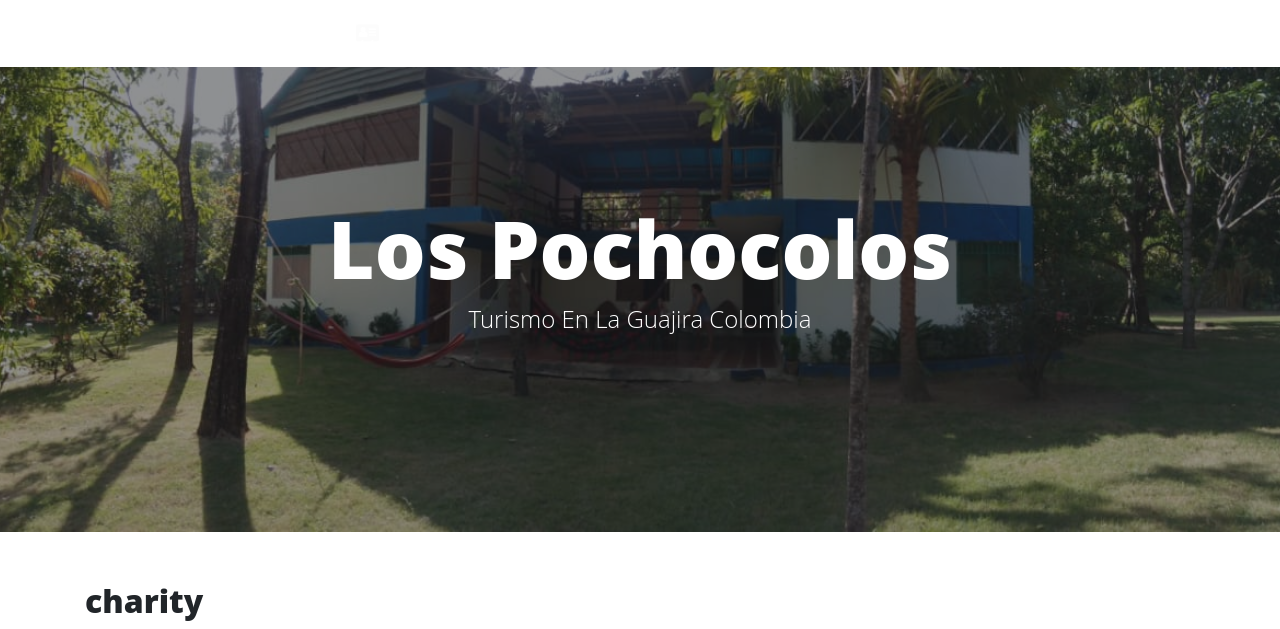
Repository: cachimiro/los-pochoclos
Page: http://localhost/charity
The author's editor kept a record of every edit. The page is drawn from the files as they stood at one moment, then again after the next edit.
The browser window is 1280 px wide. The pictures show the part of the page from y = 0 to 629 px (the page is 1810 px tall before and 802 px after).
Pictures or frames that could not be fetched are drawn as grey boxes. Some web libraries are served in a nearby version. The page is served by the project's application, run on Flask 3 (run.py). Other server files are loaded and not shown. Queries for data that is not in the repository find no rows.

Above is the page before.
Console error: ReferenceError: emailjs is not defined

### templates/charity.html
{% extends 'base.html' %}

  {% block content %}

<!---- style for image slide show------><style>.mySlides {
  display: none;
}

img {
  vertical-align: middle;
}

/* Slideshow container */

.slideshow-container {
  max-width: 1000px;
  position: relative;
  margin: auto;
}


/* Fading animation */

.fade {
  -webkit-animation-name: fade;
  -webkit-animation-duration: 3s;
  animation-name: fade;
  animation-duration: 3s;
  width: 80%;


}

@-webkit-keyframes fade {
  from {
    opacity: .4
  }
  to {
    opacity: 1
  }
}

@keyframes fade {
  from {
    opacity: .4
  }
  to {
    opacity: 1
  }
}

/* On smaller screens, decrease text size */

@media only screen and (max-width: 300px) {
  .text {
    font-size: 11px
  }
}

.header-what-we-do {
  margin-top: 100px;

}

/*---------- style for buttons at the end of the section*/

.col-lg-6,
.col-md-6,
.col-sm-6 button {
  text-align: center;
  padding: 10px;
}

button {
  margin: 20px;
  border-radius: 10px;
  text-decoration: none;
  background-color: #1a88a6;
  border: none;
  box-shadow: 4px 4px #c8c4c4;
}




</style>
<div id="hide charity" style="display: block;">
<h2> {{ page_title }} </h2>
<header class="masthead" style="background-image: url('https://scontent-lht6-1.xx.fbcdn.net/v/t1.0-9/198979_183783401664354_8256655_n.jpg?_nc_cat=107&_nc_ohc=fo7OV44w-2MAQn056HLddJiNwwdMlJGb7H2xHXyMq6WGMhgtGDJShV99A&_nc_ht=scontent-lht6-1.xx&oh=b607f42559864e66febb7cb282797aff&oe=5E6CB1C7')">
  <div class="overlay">
    </div>
  <div class="container">
    <div class="row"
    ><div class="col-lg-8 col-md-10 mx-auto">
      <div class="post-heading">
      {% for char in chars %}

<h1 style=" text-align:  center; margin:10px">
{{ char.title }}
</h1>
<h2 class="subheading" style=" text-align:  center">
   {{ char.title2 }}
</h2>
{% endfor %}
</div>
</div>
</div>
</div>
</header>
<section>
   {% for data_cha in chas %}
<div class="container">
  <div class="row">
<div class="col-lg-5 col-md-5 ">
  <h3 class="header-what-we-do">
  {{ data_cha.title }}
</h3>
<p>
{{ data_cha.subject }}

</p>
{% endfor %}
</div>
<div class="col-lg-7 col-md-7  " id="slide-show-photos">
  <div class="slideshow-container">
    <div class="mySlides fade">
      <img src="../static/img/tanya.jpg" style="width:100%">
      </div>
      <div class="mySlides fade">
        <img src="../static/img/tanya johann me.jpg" style="width:100%">
        </div>
        <div class="mySlides fade">
          <img src="https://scontent-lht6-1.xx.fbcdn.net/v/t1.0-9/25386_102864843089544_4935509_n.jpg?_nc_cat=103&_nc_ohc=gEBut99aF3IAQkGh2dldj7rDEqOye1kls_eliVdeWwcZ1DdaCadag5gFQ&_nc_ht=scontent-lht6-1.xx&oh=cae8cc26c64154a938cf9d5bbbaead0b&oe=5E72ED2F" style="width:100%">
          </div>
          <div class="mySlides fade">
            <img src="https://scontent-lht6-1.xx.fbcdn.net/v/t1.0-9/180900_177976592245035_1671228_n.jpg?_nc_cat=109&_nc_ohc=qDvnJq8rDvAAQloh-x4Y1ss8SHi2GQDt0S3Kc7WZ157JWn1C8r6mT0zFA&_nc_ht=scontent-lht6-1.xx&oh=0b086a2d586bd58b9278851fe02b9c69&oe=5E89726A" style="width:100%">
            </div>
            <div class="mySlides fade">
              <img src="https://scontent-lht6-1.xx.fbcdn.net/v/t1.0-9/39856_129568613752500_1749319_n.jpg?_nc_cat=107&_nc_ohc=VbtnikZ4UBIAQm_39U4ICHl5PVwWSM9EfFt46WSFkuyafOAVk16vLfBNQ&_nc_ht=scontent-lht6-1.xx&oh=3916972b16bf0ef1aaa6dbd30f918e8c&oe=5E857C1F" style="width:100%">
              </div>
              <div class="mySlides fade">
                <img src="https://scontent-lht6-1.xx.fbcdn.net/v/t1.0-9/23616_102168856492476_1335747_n.jpg?_nc_cat=100&_nc_ohc=_Y0Ii_6dvjcAQld-oXSXNZD6aHam7c5aFn1_Psz9tGSr24VNRF43ApxNg&_nc_ht=scontent-lht6-1.xx&oh=45c7b910adaab8b106013aae4438ef9c&oe=5E7C4A69" style="width:100%">
                </div>
                <div class="mySlides fade">
                  <img src="https://scontent-lht6-1.xx.fbcdn.net/v/t1.0-9/23616_102168843159144_7658005_n.jpg?_nc_cat=105&_nc_ohc=C1_1UhY55poAQmDDsgh1mSU5BhCB98OIYsiea9VLHcAAWtw3R7zCmK9Qw&_nc_ht=scontent-lht6-1.xx&oh=c30c6dd46ef4eb20c48488902b23b23b&oe=5E679151" style="width:100%">
                  </div>
                  <div class="mySlides fade">
                    <img src="https://scontent-lht6-1.xx.fbcdn.net/v/t1.0-9/23616_102168839825811_4312866_n.jpg?_nc_cat=103&_nc_ohc=7XZMiaFhE68AQlGjjlRyDXl-6vRoc4kv43HAD3T51gYsdx9m0FwPdykvA&_nc_ht=scontent-lht6-1.xx&oh=14b57c4db923190f0b434e5ee2c40ac8&oe=5E84D878" style="width:100%">
                    </div>
                    <div class="mySlides fade">
                      <img src="https://scontent-lht6-1.xx.fbcdn.net/v/t1.0-9/23616_102168826492479_7425229_n.jpg?_nc_cat=102&_nc_ohc=P069FW_Xm0MAQmMMkUpeGYPFX3nCmj2GIx885TjCuPyCAKm8NxeiozWWA&_nc_ht=scontent-lht6-1.xx&oh=7587277eeb2a455100c6cf21e5ccabec&oe=5E7725B3" style="width:100%">
                      </div>
                      <div class="mySlides fade">
                        <img src="https://scontent-lht6-1.xx.fbcdn.net/v/t1.0-9/23616_102168796492482_5337829_n.jpg?_nc_cat=111&_nc_ohc=h9tve8Wh-joAQlkQ4HomnAXcCsh_u3Y_tedr8m8sGSzLUf8caP8--Y27g&_nc_ht=scontent-lht6-1.xx&oh=75648782b4571c95bec1810f26d56d2e&oe=5E6C4F18" style="width:100%">
                        </div>
                        </div>
                        </div>

                        </div>
</div>
<div class="container">
<div class="row">
<div class="col-lg-6 col-md-6 col-sm-6">
<button>Chat With The Team<i class="fa fa-users">
</i>
</button>
</div>
<div class="col-lg-6 col-md-6 col-sm-6">
<button>See Live Updates<i class="fa fa-users"></i></button>
</div>
</div>
</div>
</div>
</section>

<script>
var slideIndex=0;
showSlides();

function showSlides() {
  var i;
  var slides=document.getElementsByClassName("mySlides");
  var stopSlideShow=document.getElementsByClassName('stop-Slide-Show');
  for (i=0;
  i < slides.length;
  i++) {
    slides[i].style.display="none";
  }
  slideIndex++;
  if (slideIndex > slides.length) {
    slideIndex=1
  }

  slides[slideIndex-1].style.display="block";
  setTimeout(showSlides, 3000); // Change image every 2 seconds
}




</script>
{% endblock %}

### templates/base.html
<!DOCTYPE html>
<html lang="en">
<head>
    <meta charset="UTF-8">
    <meta name="viewport" content="width=device-width, initial-scale=1.0">
    <meta http-equiv="X-UA-Compatible" content="ie=edge">
    <link href="https://stackpath.bootstrapcdn.com/font-awesome/4.7.0/css/font-awesome.min.css" rel="stylesheet" integrity="sha384-wvfXpqpZZVQGK6TAh5PVlGOfQNHSoD2xbE+QkPxCAFlNEevoEH3Sl0sibVcOQVnN" crossorigin="anonymous">
    <link href="{{ url_for('static', filename='vendor/bootstrap/css/bootstrap.min.css') }}" rel="stylesheet">
    <link rel="stylesheet" href="{{ url_for('static', filename='css/clean-blog.min.css') }}" type="text/css" />
    <link rel="stylesheet" href="{{ url_for('static', filename='css/style.css') }}" type="text/css" />
    <title>Los Pochocolos</title>
    <script type="text/javascript" src="https://cdn.jsdelivr.net/npm/emailjs-com@2.3.2/dist/email.min.js"></script>
<script type="text/javascript" src="//ajax.googleapis.com/ajax/libs/jquery/2.1.1/jquery.min.js"></script>

<script type="text/javascript" src="https://cdn.jsdelivr.net/npm/emailjs-com@2.3.2/dist/email.min.js"></script>
<script type="text/javascript">
   (function(){
      emailjs.init("user_UmSeo27b55xmNHfUBgKB0");
   })();
</script>
</head>
<body>
    <style>
    /*for login icon*/
        #staff{
            color:#fafafa;
            font-size:20px;
            opacity: 0.5;
            cursor:pointer;
        }
        #staff:hover{
           opacity: 1;
        }
        @media only screen and (max-width: 800px) {
    #staff{
    color: black;
    opacity: 0.3;
  }
}


    </style>
    <!-- Navigation -->
    <nav class="navbar navbar-expand-lg navbar-light fixed-top" id="mainNav">
        <div class="container">
            <a class="navbar-brand" href="{{url_for('index') }}">Finca Los Pochocolos</a>
            <!--login for admin-->
            <a id="staff" href="{{url_for('log') }}" >
            <i class="fa fa-address-card"></i>
            </a>



            <button class="navbar-toggler navbar-toggler-right" type="button" data-toggle="collapse" data-target="#navbarResponsive" aria-controls="navbarResponsive" aria-expanded="false" aria-label="Toggle navigation">
          Menu
          <i class="fa fa-bars"></i>
        </button>
            <div class="collapse navbar-collapse" id="navbarResponsive">
                <ul class="navbar-nav ml-auto">
                    <li class="nav-item">
                        <a class="nav-link" href="{{ url_for('index') }}">Home</a>
                    </li>
                    <li class="nav-item">
                        <a class="nav-link" href="{{ url_for('rooms') }}">Rooms</a>
                    </li>
                    <li class="nav-item">
                        <a class="nav-link" href="{{ url_for('about') }}">About</a>
                    </li>
                    <li class="nav-item">
                        <a class="nav-link" href="{{ url_for('contact') }}">Contact</a>
                    </li>
                       <li class="nav-item">
                        <a class="nav-link" href="{{ url_for('charity') }}">Charity</a>
                    </li>
                </ul>
            </div>
        </div>
    </nav>

    <!-- Page Header -->
   <!--- <header class="masthead" style="background-image: url('https://berakatours.com/wp-content/uploads/2017/09/Avistamiento-Aves-Colombia.jpg')">----->
          <header class="masthead" style="background-image: url('../static/img/casa-pano.jpg')">
        <div class="overlay"></div>
        <div class="container">
            <div class="row">
                <div class="col-lg-8 col-md-10 mx-auto">
                    <div class="site-heading">
                         <h1>Los Pochocolos</h1>
                        <span class="subheading">Turismo En La Guajira Colombia</span>
                    </div>
                </div>
            </div>
        </div>
    </header>

    <!-- Main Content -->
    <div class="container">
        {% block content %} {% endblock %}
    </div>

    <hr>

    <!-- Footer -->
    <footer>
        <div class="container">
            <div class="row">
                <div class="col-lg-8 col-md-10 mx-auto">
                    <ul class="list-inline text-center">
                        <li class="list-inline-item">
                            <a href="#">
                                <span class="fa-stack fa-lg">
                    <i class="fa fa-circle fa-stack-2x"></i>
                    <i class="fa fa-twitter fa-stack-1x fa-inverse"></i>
                  </span>
                            </a>
                        </li>
                        <li class="list-inline-item">
                            <a href="#">
                                <span class="fa-stack fa-lg">
                    <i class="fa fa-circle fa-stack-2x"></i>
                    <i class="fa fa-facebook fa-stack-1x fa-inverse"></i>
                  </span>
                            </a>
                        </li>
                        <li class="list-inline-item">
                            <a href="#">
                                <span class="fa-stack fa-lg">
                    <i class="fa fa-circle fa-stack-2x"></i>
                    <i class="fa fa-instagram fa-stack-1x fa-inverse"></i>
                  </span>
                            </a>



                        </li>
                    </ul>
                    <p class="copyright text-muted">Copyright &copy; Los Pochocolos 2020</p>
                </div>
            </div>
        </div>
    </footer>

    <!-- Bootstrap core JavaScript -->
    <script src="{{ url_for('static', filename='vendor/jquery/jquery.min.js') }}"></script>
    <script src="{{ url_for('static', filename='vendor/bootstrap/js/bootstrap.bundle.min.js') }}"></script>

    <!-- Custom scripts for this template -->
    <script src="{{ url_for('static', filename='js/clean-blog.min.js') }}"></script>

    <!--my js code-->
     <script type="text/javascript" src="https://cdnjs.cloudflare.com/ajax/libs/jquery/3.4.1/jquery.min.js"></script>

     <script src="{{ url_for('static', filename='js/main.js') }}"></script>






</body>
</html>

### run.py
import os
import json
import click
from flask import Flask, render_template, request,redirect, flash, url_for, session
from flask_pymongo import PyMongo
from bson.objectid import ObjectId




app = Flask(__name__)
app.config["MONGO_DBNAME"] = 'reviews'
app.config["MONGO_URI"] = "mongodb+srv://root:Johann@myfirstcluster-ugp0n.mongodb.net/reviews?retryWrites=true&w=majority"

mongo = PyMongo(app)
app.secret_key = "cachimiro"



@app.route('/')
def index():
    return render_template("index.html", indexs=mongo.db.index.find())


@app.route('/update_index')
def update_index_data():
    return render_template("admin-index.html", indexs=mongo.db.index.find())

@app.route('/update_indexs/<index_id>', methods=["POST"])
def update_indexss(index_id):
    index = mongo.db.index
    index.update( {'_id': ObjectId(index_id)},
    {
        'title':request.form.get('title'),
        'subject': request.form.get('subject'),

    })
    return redirect(url_for('Admin_update_reviews_and_more'))


# code to be ble to see reviews
@app.route('/view_reviews')
def get_reviews():
    return render_template("reviews.html", opinions=mongo.db.opinion.find())



        # TODO: write code...
# this line of code will allow costumesr to add reviews
@app.route('/add_review')
def add_review():
    return render_template('add-reviews.html')


@app.route('/add_review', methods=['POST'])
def insert_reviews():
    reviews = mongo.db.opinion
    reviews.insert_one(request.form.to_dict())
    return redirect(url_for('get_reviews'))

# code for conecting templates


@app.route('/about')
def about():
    data = []
    with open("data/company.json", "r") as json_data:
        data = json.load(json_data)
    return render_template("about.html",company=data, abouts=mongo.db.about.find())
# code to be able so the costumer can edit the about section

@app.route('/update_about')
def update_about_data():
    return render_template("admin-about.html", abouts=mongo.db.about.find())


@app.route('/update_about/<about_id>', methods=["POST"])
def update_about(about_id):
    about = mongo.db.about
    about.update( {'_id': ObjectId(about_id)},
    {
        'title':request.form.get('title'),
        'subject': request.form.get('subject'),
        'subjects': request.form.get('subjects'),

    })
    return redirect(url_for('Admin_update_reviews_and_more'))

@app.route('/about/<member_name>')
def about_member(member_name):
    member = {}

    with open("data/company.json", "r") as json_data:
        data = json.load(json_data)
        for obj in data:
            if obj["url"] == member_name:
                member = obj

    return render_template("member.html", member=member)




@app.route('/contact')
def contact():
 return render_template("contact.html", page_title="Contact",)


@app.route('/rooms')
def rooms():
   return render_template("rooms.html", page_title="Rooms",fans=mongo.db.fan.find(),acs=mongo.db.ac.find(),cabins=mongo.db.cabin.find(),camps=mongo.db.camp.find())


# to be able to update the rooms information
@app.route('/update_room')
def update_room_data():
    return render_template("admin-room.html", fans=mongo.db.fan.find())

@app.route('/update_rooms/<fan_id>', methods=["POST"])
def update_rooms(fan_id):
    fan = mongo.db.fan
    fan.update( {'_id': ObjectId(fan_id)},
    {
        'title':request.form.get('title'),
        'price':request.form.get('price'),
        'subject': request.form.get('subject'),

    })
    return redirect(url_for('Admin_update_reviews_and_more'))

@app.route('/update_room_ac')
def update_room_ac():
    return render_template("admin-ac.html", acs=mongo.db.ac.find())

@app.route('/update_rooms_ac/<ac_id>', methods=["POST"])
def update_rooms_ac(ac_id):
    ac = mongo.db.ac
    ac.update( {'_id': ObjectId(ac_id)},
    {
        'title':request.form.get('title'),
        'price':request.form.get('price'),
        'subject':request.form.get('subject'),

    })
    return redirect(url_for('Admin_update_reviews_and_more'))

@app.route('/update_room_cabin')
def update_room_cabin():
    return render_template("admin-cabin.html", cabins=mongo.db.cabin.find())

@app.route('/update_rooms_cabin/<cabin_id>', methods=["POST"])
def update_rooms_cabin(cabin_id):
    cabin = mongo.db.cabin
    cabin.update( {'_id': ObjectId(cabin_id)},
    {
        'title':request.form.get('title'),
        'price':request.form.get('price'),
        'subject':request.form.get('subject'),

    })
    return redirect(url_for('Admin_update_reviews_and_more'))

@app.route('/update_room_camp')
def update_room_camp():
    return render_template("admin-camp.html", camps=mongo.db.camp.find())

@app.route('/update_rooms_camp/<camp_id>', methods=["POST"])
def update_rooms_camp(camp_id):
    camp = mongo.db.camp
    camp.update( {'_id': ObjectId(camp_id)},
    {
        'title':request.form.get('title'),
        'price':request.form.get('price'),
        'subject':request.form.get('subject'),

    })
    return redirect(url_for('Admin_update_reviews_and_more'))
#  code so that the charity information can be diplayed and the the manager can update the information

@app.route('/charity')
def charity():
   return render_template("charity.html", page_title="charity", chas=mongo.db.data_cha.find(), chars=mongo.db.char.find())



@app.route('/update_charity')
def update_charity_info():
    return render_template("admin-charity.html", chars=mongo.db.char.find())


@app.route('/update_charity_info/<char_id>', methods=["POST"])
def update_charity_main(char_id):
    char = mongo.db.char
    char.update( {'_id': ObjectId(char_id)},
    {
        'title':request.form.get('title'),
        'title2':request.form.get('title2'),

    })
    return redirect(url_for('Admin_update_reviews_and_more'))



@app.route('/update_charity_2')
def update_charity_info_2():
    return render_template("admin-2.html",chas=mongo.db.data_cha.find())


@app.route('/update_charity_info_2/<cha_id>', methods=["POST"])
def update_charity_data_1(cha_id):
    data_cha = mongo.db.data_cha
    data_cha.update( {'_id': ObjectId(cha_id)},
    {
        'title':request.form.get('title'),
        'subject':request.form.get('subject'),

    })
    return redirect(url_for('Admin_update_reviews_and_more'))



@app.route('/admin')
def Admin_update_reviews_and_more():
   return render_template("admin.html")

# this line of code is for the managers to update their reviews and delete them
@app.route('/admin_reviews')
def Admin_update_reviews():
   return render_template("admin-reviews.html", opinions=mongo.db.opinion.find())


@app.route('/edit_review/<opinion_id>')
def edit_review(opinion_id):
    the_opinion =  mongo.db.opinion.find_one({"_id": ObjectId(opinion_id)})
    return render_template('update.html', opinion=the_opinion)


@app.route('/update_opinion/<opinion_id>', methods=["POST"])
def update_opinion(opinion_id):
    opinion = mongo.db.opinion
    opinion.update( {'_id': ObjectId(opinion_id)},
    {
        'name':request.form.get('name'),
        'surname':request.form.get('surname'),
        'Title': request.form.get('Title'),
        'Opinion': request.form.get('Opinion'),
        'how_would_you_improve_it':request.form.get('how_would_you_improve_it')
    })
    return redirect(url_for('Admin_update_reviews_and_more'))


@app.route('/delete_opinion/<opinion_id>')
def delete_opinion(opinion_id):
    mongo.db.opinion.remove({'_id': ObjectId(opinion_id)})
    return redirect(url_for('Admin_update_reviews_and_more'))



@app.route('/login')
def log():
    return render_template('login.html')

@app.route('/admin', methods=['GET', 'POST'])
def login():
   error = None
   if request.method == 'POST':
       if request.form['username'] !='tiggy-curry' or request.form['password'] !='Antigone1':
           error = "invalid information please try again."
       else:
           session['logged_in'] = True
           flash('You are in! ')
           return render_template('admin.html')
       return render_template('login.html', error=error)


@app.route('/logout')
def logout():
    session.pop('logged_in', None)
    flash('You are logged out! ')
    return redirect(url_for('log'))




if __name__ == '__main__':
    app.run(host=os.environ.get('IP'),
            port=int(os.environ.get('PORT')),
            debug=True)

### static/css/style.css


 /*for login icon*/
        #staff{
            color:#fafafa;
            font-size:20px;
            opacity: 0.5;
            cursor:pointer;
        }
        #staff:hover{
           opacity: 1;
        }
        @media only screen and (max-width: 800px) {
    #staff{
    color: black;
    opacity: 0.3;
  }
}

### static/js/main.js
function showMore(id) {
   var truncateReviews = document.getElementById(id+"_truncated");
  var fullReviews = document.getElementById(id+"_full");
  var show = document.getElementById(id+"_show");
document.getElementById(id+"_show");
 if (truncateReviews.style.display =="block") {
   fullReviews.style.display = "block";
   truncateReviews.style.display = "none";
   show.innerText = "Show Less";


 } else{
   truncateReviews.style.display ="block";
   fullReviews.style.display ="none";
   show.innerText = "show More";

 }

 }

 function showMores(ids) {
   var truncateReviewss = document.getElementById(ids+"_truncateded");
  var fullReviewss = document.getElementById(ids+"_fulls");
  var shows = document.getElementById(ids+"_shows");
document.getElementById(ids+"_show");
 if (truncateReviewss.style.display =="block") {
   fullReviewss.style.display = "block";
   truncateReviewss.style.display = "none";
   shows.innerText = "show less";


 } else{
   truncateReviewss.style.display ="block";
   fullReviewss.style.display ="none";
   shows.innerText = "show More";

 }

 }

Loaded but not shown: static/css/clean-blog.min.css (library); static/js/clean-blog.min.js (common file)

After the next edit:
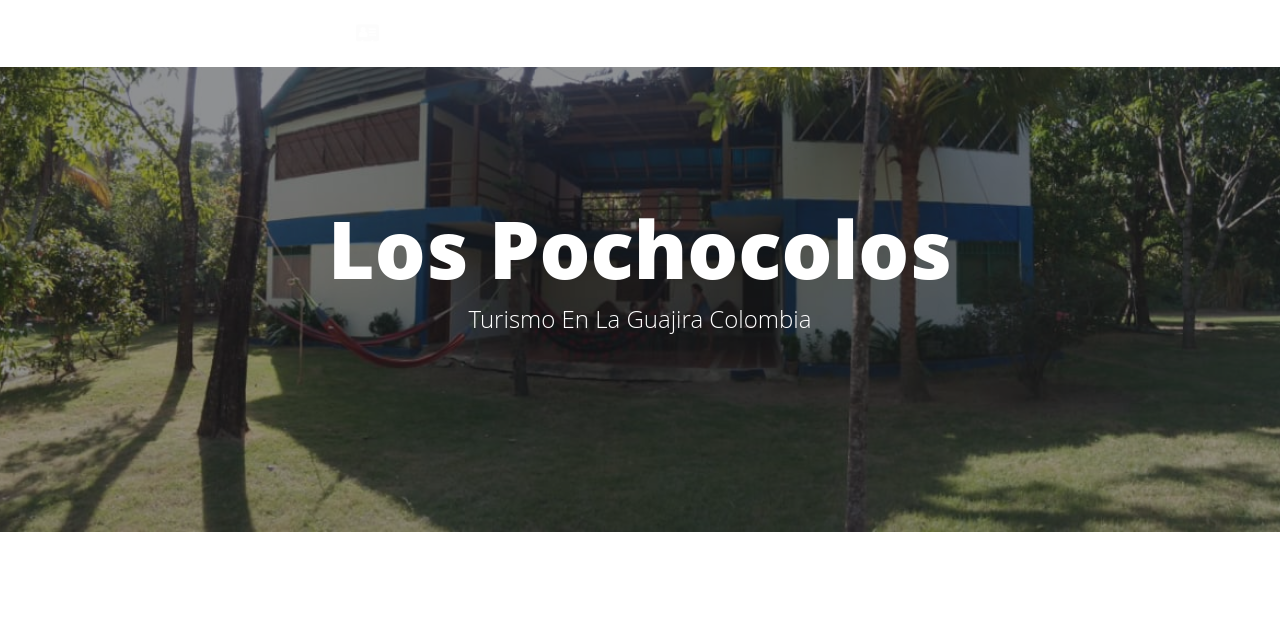
The edit:
--- a/templates/charity.html
+++ b/templates/charity.html
@@ -84,6 +84,7 @@
 
 
 </style>
+<!----
 <div id="hide charity" style="display: block;">
 <h2> {{ page_title }} </h2>
 <header class="masthead" style="background-image: url('https://scontent-lht6-1.xx.fbcdn.net/v/t1.0-9/198979_183783401664354_8256655_n.jpg?_nc_cat=107&_nc_ohc=fo7OV44w-2MAQn056HLddJiNwwdMlJGb7H2xHXyMq6WGMhgtGDJShV99A&_nc_ht=scontent-lht6-1.xx&oh=b607f42559864e66febb7cb282797aff&oe=5E6CB1C7')">
